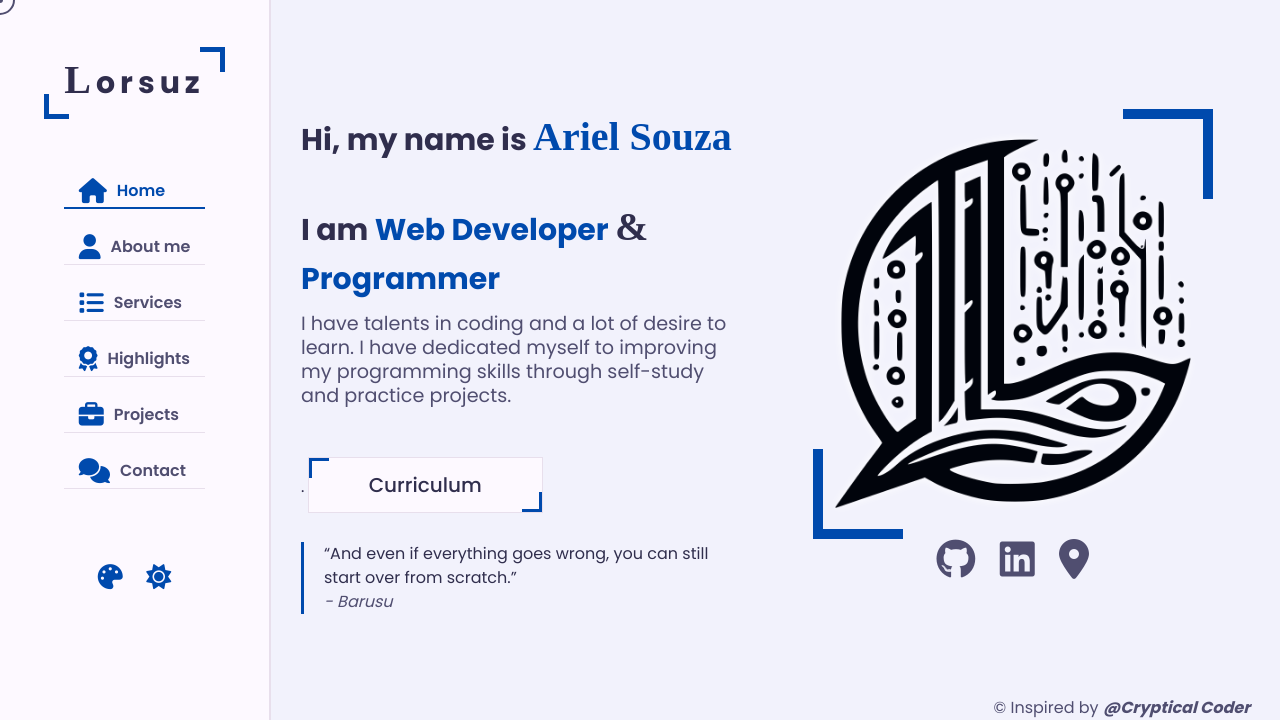
Repository: Lorsuz/Lorsuz.github.io
Page: index.html
The author's editor kept a copy of each file at every save. The page is drawn from the files as they stood at one save, then again after the next save.
The browser window is 1280 px wide. The pictures show the whole page.
Some web fonts or font styles are not loaded; a fallback is used. The style sheet was rebuilt from its Sass, Less or Tailwind sources for each picture, by a compiler version that may differ from the author's.

Above is the page before, as saved 2024-03-19 21:59:53.

After the next save:
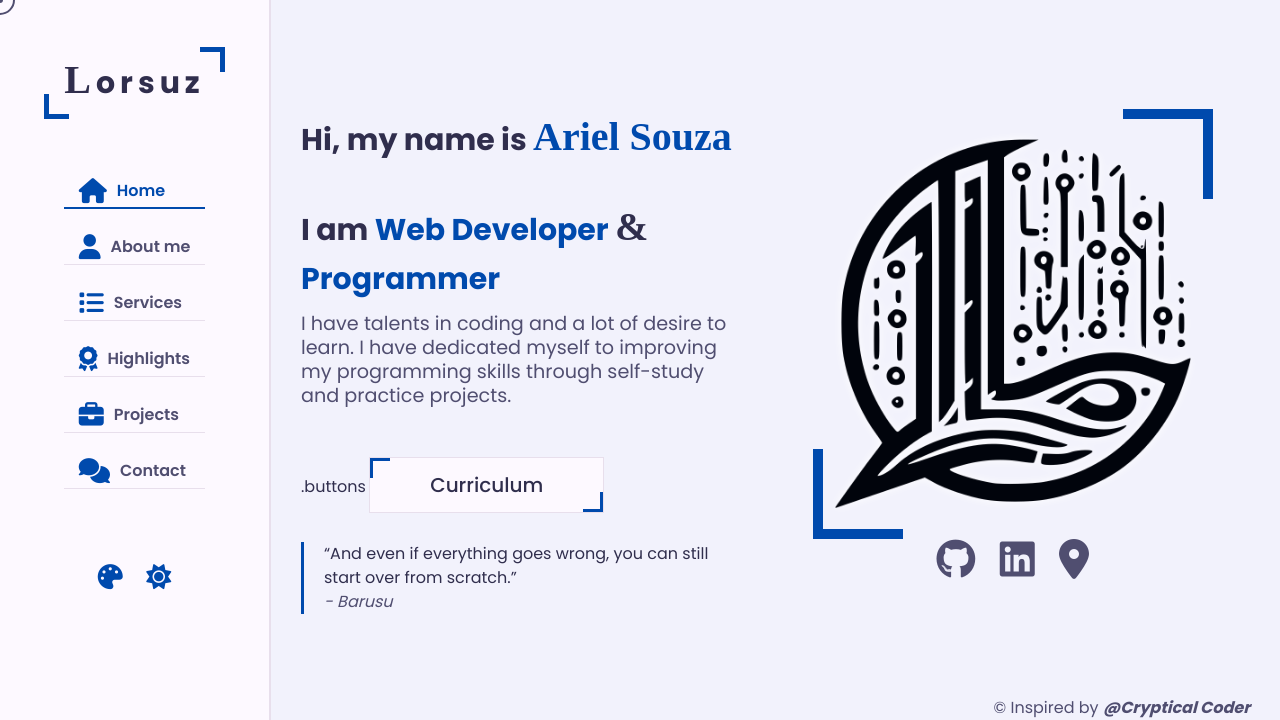
Saved 10 s later.
--- a/index.html
+++ b/index.html
@@ -48,7 +48,7 @@
 						<h2>I am <span class="typing">Web Developer</span> <span class="and">&</span> <span class="typing">Programmer</span></h2>
 						<p>I have talents in coding and a lot of desire to learn. I have dedicated myself to improving my
 							programming skills through self-study and practice projects.</p>
-							.
+							.buttons
 						<a href="components/static/pdf/ArielSouza-Curriculum.pdf" target="_blank">Curriculum
 							<div class="border"></div>
 							<div class="border"></div>
